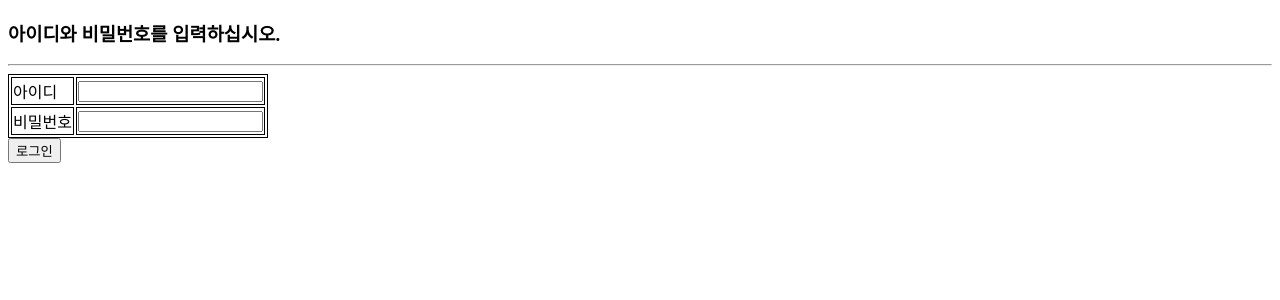
Repository: Gabintree/JDBC2019
Page: http://localhost/Oracle_20190522/chap10_login.jsp
The author's editor kept a copy of each file at every save. The page is drawn from the files as they stood at one save, then again after the next save.
The browser window is 1280 px wide. The pictures show the whole page.
The page is served by Tomcat 9.

Above is the page before, as saved 2019-05-23 05:28:28.

### Oracle_20190522/WebContent/chap10_login.jsp
<%@ page language="java" contentType="text/html; charset=UTF-8"
    pageEncoding="UTF-8"%>
<!DOCTYPE html>
<html>
<head>
<meta charset="UTF-8">
<title>Insert title here</title>
</head>
<style>
table, tr, td {
border : 1px solid black;
}
</style>
<body>

<h3>아이디와 비밀번호를 입력하십시오.</h3>
<hr>

<form action ="chap10_logined.jsp" method ="post">
	<table>
		<tr>
		<td>아이디</td><td><input type ="text" name="id"></td>
		</tr>
		<tr>
		<td>비밀번호</td><td><input type ="password" name="pw"></td>
		</tr>
	</table>
		<input type="submit" value="로그인">
</form>

</body>
</html>

After the next save:
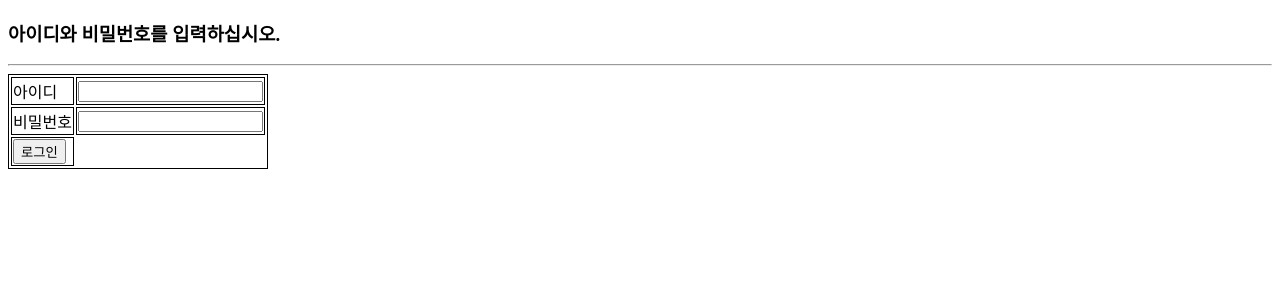
Saved 51 s later.
--- a/Oracle_20190522/WebContent/chap10_login.jsp
+++ b/Oracle_20190522/WebContent/chap10_login.jsp
@@ -24,8 +24,12 @@
 		<tr>
 		<td>비밀번호</td><td><input type ="password" name="pw"></td>
 		</tr>
+		<tr>
+		<td><input type="submit" value="로그인"></td>
+		</tr>
+
+
 	</table>
-		<input type="submit" value="로그인">
 </form>
 
 </body>
